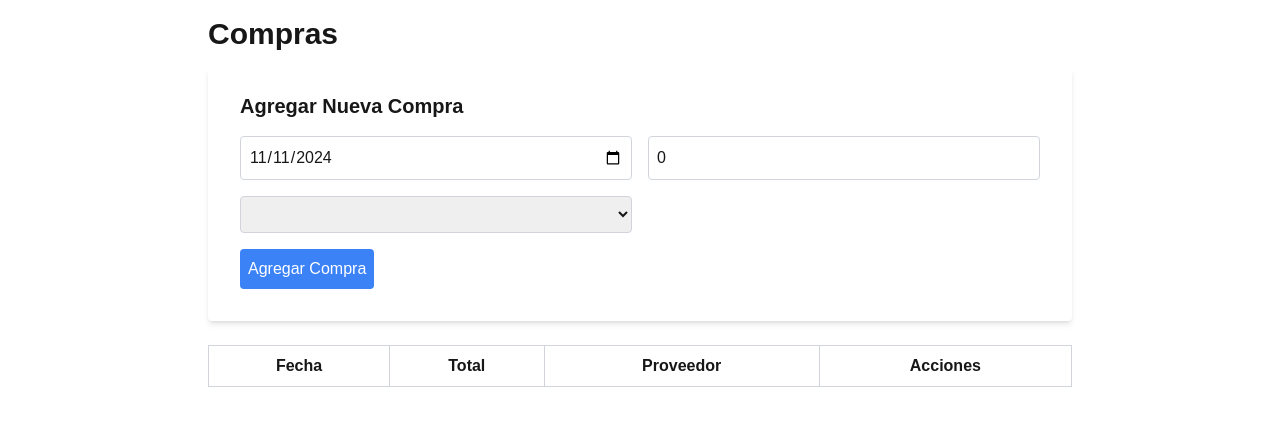
Repository: manucavallera/Sistema-Gestion
Page: /compras
The author's editor kept a copy of each file at every save. The page is drawn from the files as they stood at one save, then again after the next save.
The browser window is 1280 px wide. The pictures show the whole page.
The page's requests for data from a server got no answer. The project was rebuilt for these pictures with package versions that can differ from the ones it lists, and the page was loaded fresh each time. The framework's server and built-in components were replaced by stand-ins that run in the browser. No one was signed in, and anything a server would have sent is missing. Also part of the build but not shown: next.config.mjs.

Above is the page before, as saved 2024-11-12 19:07:47.

### src/app/compras/page.tsx
"use client";
import { useEffect, useState } from "react";

interface Proveedor {
  id: number;
  razonSocial: string;
}

interface Compra {
  id: number;
  fecha: string;
  total: number;
  proveedorId: number;
  proveedor: Proveedor; // Proveedor es obligatorio
}

const ComprasPage = () => {
  const [compras, setCompras] = useState<Compra[]>([]);
  const [proveedores, setProveedores] = useState<Proveedor[]>([]);
  const [nuevaCompra, setNuevaCompra] = useState<Compra>({
    id: 0, // Solo se usa para editar
    fecha: new Date().toISOString().split("T")[0],
    total: 0,
    proveedorId: 0,
    proveedor: { id: 0, razonSocial: "" }, // Inicializa con un objeto por defecto
  });
  const [isEditing, setIsEditing] = useState(false);

  useEffect(() => {
    const fetchCompras = async () => {
      const response = await fetch("/api/compras");
      const data = await response.json();
      setCompras(data);
    };

    const fetchProveedores = async () => {
      const response = await fetch("/api/proveedores");
      const data = await response.json();
      setProveedores(data);
    };

    fetchCompras();
    fetchProveedores();
  }, []);

  const handleChange = (
    e: React.ChangeEvent<HTMLInputElement | HTMLSelectElement>
  ) => {
    const { name, value } = e.target;

    // Si el campo es proveedorId, actualiza tanto proveedorId como proveedor
    if (name === "proveedorId") {
      const selectedProveedor = proveedores.find(
        (prov) => prov.id === Number(value)
      );
      setNuevaCompra((prev) => ({
        ...prev,
        proveedorId: Number(value),
        proveedor: selectedProveedor || { id: 0, razonSocial: "" }, // Manejo de caso donde no se encuentra el proveedor
      }));
    } else {
      setNuevaCompra((prev) => ({ ...prev, [name]: value }));
    }
  };

  const handleSubmit = async (e: React.FormEvent) => {
    e.preventDefault();
    const method = isEditing ? "PUT" : "POST";
    const url = isEditing ? `/api/compras/${nuevaCompra.id}` : "/api/compras";

    const response = await fetch(url, {
      method,
      headers: {
        "Content-Type": "application/json",
      },
      body: JSON.stringify(nuevaCompra),
    });

    if (response.ok) {
      const compraCreada = await response.json();
      if (isEditing) {
        setCompras((prev) =>
          prev.map((compra) =>
            compra.id === compraCreada.id ? compraCreada : compra
          )
        );
      } else {
        setCompras((prev) => [...prev, compraCreada]);
      }
      resetForm();
    } else {
      console.error("Error al guardar la compra");
    }
  };

  const resetForm = () => {
    setNuevaCompra({
      id: 0,
      fecha: new Date().toISOString().split("T")[0],
      total: 0,
      proveedorId: 0,
      proveedor: { id: 0, razonSocial: "" }, // Reinicia el proveedor
    });
    setIsEditing(false);
  };

  const handleEdit = (compra: Compra) => {
    setNuevaCompra(compra);
    setIsEditing(true);
  };

  const handleDelete = async (id: number) => {
    const response = await fetch(`/api/compras/${id}`, {
      method: "DELETE",
    });

    if (response.ok) {
      setCompras((prev) => prev.filter((compra) => compra.id !== id));
    } else {
      console.error("Error al eliminar la compra");
    }
  };

  return (
    <div className='max-w-4xl mx-auto p-4'>
      <h1 className='text-3xl font-bold mb-4'>Compras</h1>
      <form
        onSubmit={handleSubmit}
        className='mb-6 bg-white shadow-md rounded px-8 pt-6 pb-8'
      >
        <h2 className='text-xl font-semibold mb-4'>
          {isEditing ? "Editar Compra" : "Agregar Nueva Compra"}
        </h2>
        <div className='grid grid-cols-1 md:grid-cols-2 gap-4'>
          <input
            type='date'
            name='fecha'
            value={nuevaCompra.fecha}
            onChange={handleChange}
            required
            className='border border-gray-300 rounded p-2'
          />
          <input
            type='number'
            name='total'
            placeholder='Total'
            value={nuevaCompra.total}
            onChange={handleChange}
            required
            className='border border-gray-300 rounded p-2'
          />
          <select
            name='proveedorId'
            value={nuevaCompra.proveedorId}
            onChange={handleChange}
            required
            className='border border-gray-300 rounded p-2'
          >
            <option value='' disabled>
              Seleccionar proveedor
            </option>
            {proveedores.map((proveedor) => (
              <option key={proveedor.id} value={proveedor.id}>
                {proveedor.razonSocial}
              </option>
            ))}
          </select>
        </div>
        <button
          type='submit'
          className='mt-4 bg-blue-500 text-white rounded p-2'
        >
          {isEditing ? "Actualizar Compra" : "Agregar Compra"}
        </button>
      </form>
      <table className='min-w-full bg-white border border-gray-300'>
        <thead>
          <tr>
            <th className='border border-gray-300 p-2'>Fecha</th>
            <th className='border border-gray-300 p-2'>Total</th>
            <th className='border border-gray-300 p-2'>Proveedor</th>
            <th className='border border-gray-300 p-2'>Acciones</th>
          </tr>
        </thead>
        <tbody>
          {compras.map((compra) => (
            <tr key={compra.id}>
              <td className='border border-gray-300 p-2'>
                {new Date(compra.fecha).toLocaleDateString()}
              </td>
              <td className='border border-gray-300 p-2'>{compra.total}</td>
              <td className='border border-gray-300 p-2'>
                {compra.proveedor.razonSocial}
              </td>
              <td className='border border-gray-300 p-2'>
                <button
                  onClick={() => handleEdit(compra)}
                  className='text-blue-500'
                >
                  Editar
                </button>
                <button
                  onClick={() => handleDelete(compra.id)}
                  className='text-red-500 ml-2'
                >
                  Eliminar
                </button>
              </td>
            </tr>
          ))}
        </tbody>
      </table>
    </div>
  );
};

export default ComprasPage;

Loaded but not shown: src/app/layout.tsx (common file); src/app/globals.css (common file); tailwind.config.ts (common file)

After the next save:
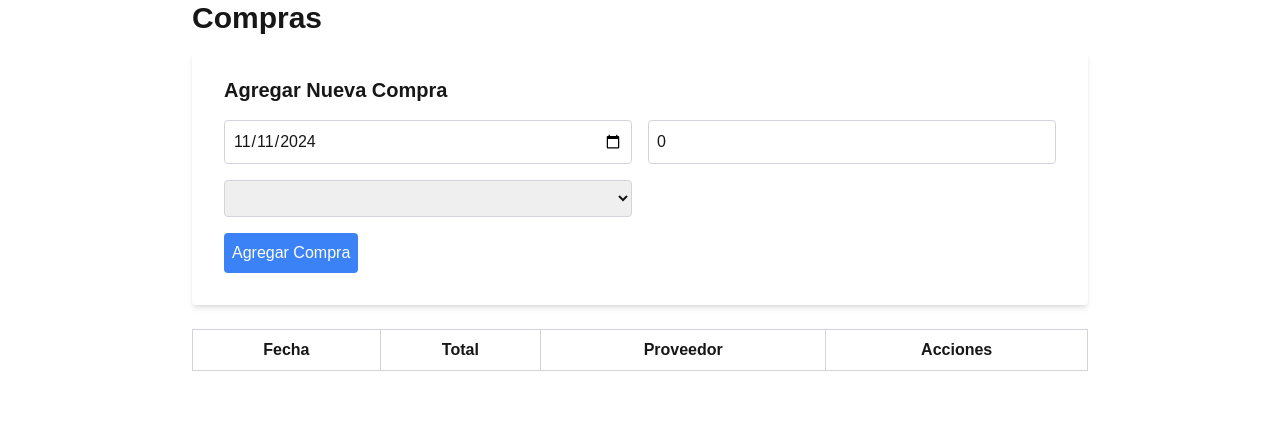
Saved 3 min 24 s later.
--- a/src/app/compras/page.tsx
+++ b/src/app/compras/page.tsx
@@ -68,15 +68,26 @@
     const method = isEditing ? "PUT" : "POST";
     const url = isEditing ? `/api/compras/${nuevaCompra.id}` : "/api/compras";
 
-    const response = await fetch(url, {
-      method,
-      headers: {
-        "Content-Type": "application/json",
-      },
-      body: JSON.stringify(nuevaCompra),
-    });
-
-    if (response.ok) {
+    // Verifica que el proveedorId sea válido
+    if (nuevaCompra.proveedorId <= 0) {
+      alert("Por favor, selecciona un proveedor válido.");
+      return;
+    }
+
+    try {
+      const response = await fetch(url, {
+        method,
+        headers: {
+          "Content-Type": "application/json",
+        },
+        body: JSON.stringify(nuevaCompra),
+      });
+
+      if (!response.ok) {
+        const errorData = await response.json();
+        throw new Error(`Error: ${errorData.message || "Error desconocido"}`);
+      }
+
       const compraCreada = await response.json();
       if (isEditing) {
         setCompras((prev) =>
@@ -88,8 +99,9 @@
         setCompras((prev) => [...prev, compraCreada]);
       }
       resetForm();
-    } else {
-      console.error("Error al guardar la compra");
+    } catch (error) {
+      console.error("Error al guardar la compra:", error);
+      alert(error.message); // Muestra el mensaje de error al usuario
     }
   };
 
@@ -122,7 +134,10 @@
   };
 
   return (
-    <div className='max-w-4xl mx-auto p-4'>
+    <div
+      className='max-w-4xl mx-auto p ```tsx
+-4'
+    >
       <h1 className='text-3xl font-bold mb-4'>Compras</h1>
       <form
         onSubmit={handleSubmit}

After the 2 saves that followed:
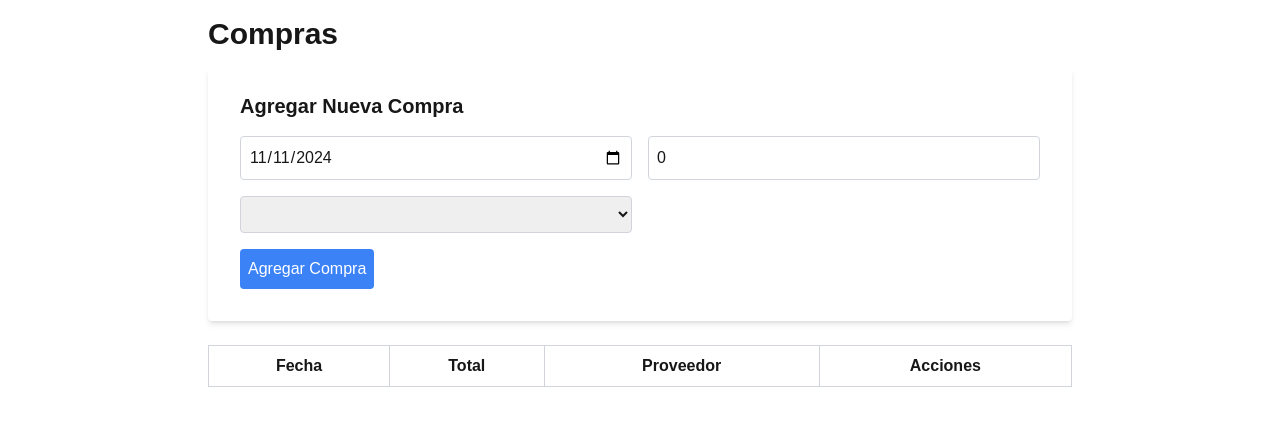
The 2 saves are shown as one change because 1 did not build or start.
The last was saved 2 min 3 s later.
--- a/src/app/compras/page.tsx
+++ b/src/app/compras/page.tsx
@@ -134,10 +134,7 @@
   };
 
   return (
-    <div
-      className='max-w-4xl mx-auto p ```tsx
--4'
-    >
+    <div className='max-w-4xl mx-auto p-4'>
       <h1 className='text-3xl font-bold mb-4'>Compras</h1>
       <form
         onSubmit={handleSubmit}
